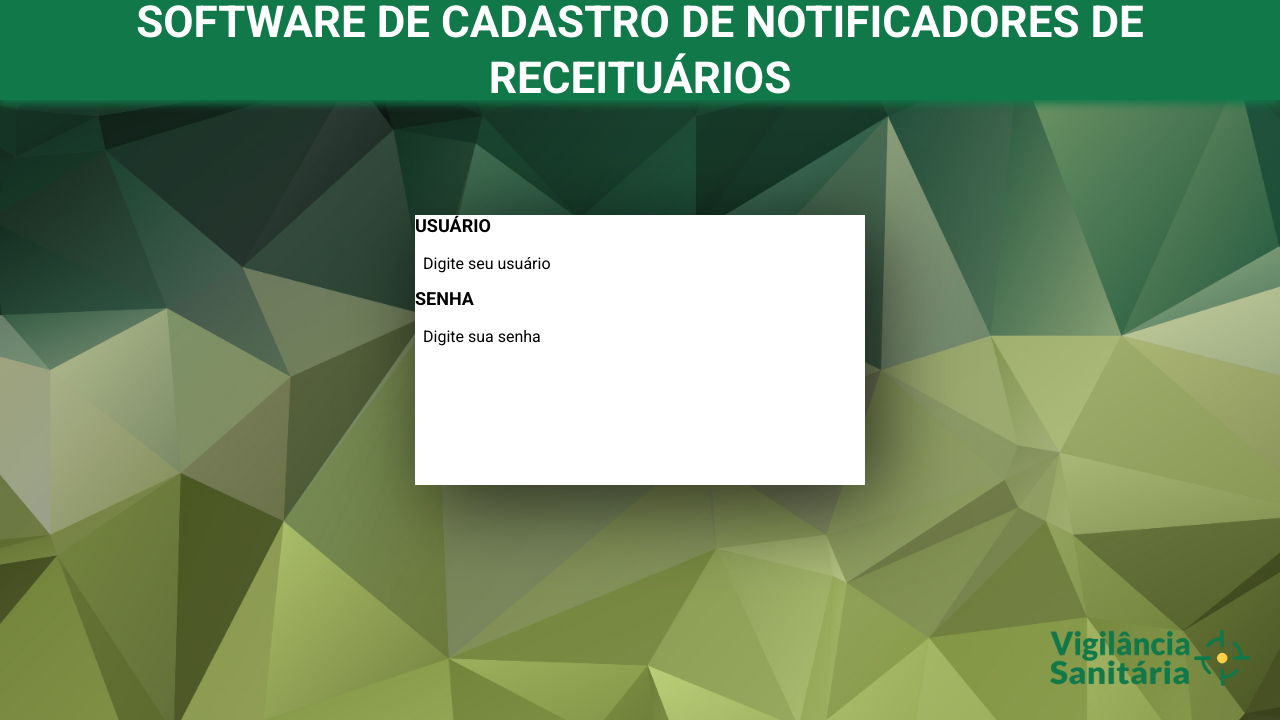
Repository: milena-rosa/web-prescription-notifier
Page: /
These files come from the project's save history. The page is drawn as it stood at one moment and after the next save; the edit follows.
The browser window is 1280 px wide. The pictures show the whole page.
The project was rebuilt for these pictures with package versions that can differ from the ones it lists, and the page was loaded fresh each time. Also part of the build but not shown: src/pages/Home/styles.ts, src/pages/Home/index.tsx.

Above is the page before, as saved 2021-11-07 13:16:55.

### public/index.html
<!DOCTYPE html>
<html lang="en">

<head>
  <meta charset="utf-8" />
  <link rel="preconnect" href="https://fonts.googleapis.com">
  <link rel="preconnect" href="https://fonts.gstatic.com" crossorigin>
  <link href="https://fonts.googleapis.com/css2?family=Roboto:wght@400;700&display=swap" rel="stylesheet">
  <!-- <link rel="icon" href="%PUBLIC_URL%/favicon.ico" /> -->
  <meta name="viewport" content="width=device-width, initial-scale=1" />
  <meta name="theme-color" content="#000000" />
  <title>Cadastro de Notificadores de Receituários</title>
</head>

<body>
  <noscript>You need to enable JavaScript to run this app.</noscript>
  <div id="root"></div>
</body>

</html>

### src/index.tsx
import React from 'react'
import ReactDOM from 'react-dom'

import { App } from './App'

ReactDOM.render(
  <React.StrictMode>
    <App />
  </React.StrictMode>,
  document.getElementById('root')
)

### src/App.tsx
import React from 'react'
import { BrowserRouter as Router } from 'react-router-dom'

import { Routes } from './routes'
import { GlobalStyle } from './styles/global'

export function App() {
  return (
    <Router>
      <Routes />
      <GlobalStyle />
    </Router>
  )
}

### src/routes/index.tsx
import React from 'react'
import { Switch } from 'react-router-dom'

import { Home } from '../pages/Home'
import { SignIn } from '../pages/SignIn'
import { Route } from './Route'

// import { useAuth } from '../hooks/useAuth'

export function Routes() {
  // const { loading } = useAuth()

  // if (loading) {
  //   return <h1>Abrindo...</h1>
  // }

  return (
    <Switch>
      <Route path="/" exact component={SignIn} />
      <Route path="/home" exact component={Home} isPrivate />
    </Switch>
  )
}

### src/styles/global.ts
import { createGlobalStyle } from 'styled-components'

export const GlobalStyle = createGlobalStyle`
  :root {
    --black: #000000;
    --gray: #b5b5b5;
    --white: #ffffff;

    --green-primary: #117849;
    --green-primary-70: rgba(17, 120, 73, 0.7);
    --green-primary-30: rgba(17, 120, 73, 0.3);
    --green-primary-5: rgba(17, 120, 73, 0.05);

    --light-green: #dbebe4;
    --brownish-green: #51665c;

    --red: #ff0000;
    --yellow: #f6ff8f;
  }

  * {
    box-sizing: border-box;
    margin: 0;
    padding: 0;
  }

  html {
    @media (max-width: 1080px) {
      font-size: 93.75%; // 15px
    }

    @media (max-width: 720px) {
      font-size: 87.5%; // 14px
    }
  }

  body {
    background: var(--white);
    color: var(--black);
    -webkit-font-smoothing: antialiased;
  }

  body, input, textarea, button, select {
    font-family: 'Roboto', sans-serif;
    font-weight: 400;
  }

  button {
    border: none;
    cursor: pointer;
  }

  .react-modal-overlay {
    align-items: center;
    background: rgba(0, 0, 0, 0.5);
    bottom: 0;
    display: flex;
    justify-content: center;
    left: 0;
    position: fixed;
    right: 0;
    top: 0;
    z-index: 11;
  }

  .react-modal-content {
    background: var(--white);
    border-radius: 0.25rem;
    min-height: 2.4rem;
    max-width: 41rem;
    position: relative;
    z-index: 12;
  }

  .react-modal-close {
    background: transparent;
    border: 0;
    position: absolute;
    right: 1rem;
    top: 1rem;
    transition: filter 0.2s;

    &:hover {
      filter: brightness(0.8);
    }
  }
`

### src/pages/SignIn/index.tsx
import React from 'react'

import logo from '../../assets/logo.png'
import { Input } from '../../components/Input'
import { useForm } from '../../hooks/useForm'
import { Container } from './styles'

interface SignInFormValues {
  user: string
  password: string
}

export const SignIn: React.FC = () => {
  const {
    data: { user, password },
    handleChange,
    errors
  } = useForm<SignInFormValues>({
    initialValues: { user: '', password: '' },
    onSubmit: (event) => console.log(event),
    validations: {
      user: { required: { value: true, message: 'Preencha o campo obrigatório.' } },
      password: { required: { value: true, message: 'Preencha o campo obrigatório.' } }
    }
  })

  return (
    <Container>
      <header>Software de Cadastro de Notificadores de Receituários</header>
      <div>
        <Input
          name="user"
          label="Usuário"
          type="text"
          placeholder="Digite seu usuário"
          value={user}
          onChange={handleChange('user')}
          errors={errors.user}
        />
        <Input
          name="password"
          label="Senha"
          type="password"
          placeholder="Digite sua senha"
          value={password}
          onChange={handleChange('password')}
          errors={errors.password}
        />
      </div>
      <footer>
        <img src={logo} alt="Vigilância Sanitária" />
      </footer>
    </Container>
  )
}

### src/routes/Route.tsx
import React, { ComponentType } from 'react'
import { RouteProps as ReactDOMRouteProps, Route as ReactDOMRoute, Redirect } from 'react-router-dom'

interface IRouteProps extends ReactDOMRouteProps {
  isPrivate?: boolean
  component: ComponentType
}

export function Route({ isPrivate = false, component: Component, ...rest }: IRouteProps) {
  const isSigned = false

  return (
    <ReactDOMRoute
      {...rest}
      render={({ location }) =>
        (isPrivate && isSigned) || (!isPrivate && !isSigned) ? (
          <Component />
        ) : (
          <Redirect
            to={{
              pathname: isPrivate ? '/' : '/home',
              state: { from: location }
            }}
          />
        )
      }
    />
  )
}

### src/components/Input/index.tsx
import React, { InputHTMLAttributes, useCallback, useState } from 'react'

import { Container, InputInformationContainer, Error, InputContainer } from './styles'

interface InputProps extends InputHTMLAttributes<HTMLInputElement> {
  name: string
  label?: string
  errors?: string
  containerStyle?: object
  inputStyle?: object
}

export const Input = ({
  name,
  label,
  containerStyle = {},
  inputStyle = {},
  errors,
  value,
  onBlur,
  disabled = false,
  ...rest
}: InputProps) => {
  const [isFocused, setIsFocused] = useState(false)

  const handleInputFocus = useCallback(() => {
    setIsFocused(true)
  }, [])

  const handleInputBlur = useCallback(
    (event: React.FocusEvent<HTMLInputElement>) => {
      if (onBlur) {
        onBlur(event)
      }
      setIsFocused(false)
    },
    [onBlur]
  )

  return (
    <Container>
      <InputInformationContainer>{!!label && <label htmlFor={name}>{label}</label>}</InputInformationContainer>
      <InputContainer style={containerStyle} isFocused={isFocused} isInvalid={!!errors} disabled={disabled}>
        <input
          {...rest}
          value={value || ''}
          id={name}
          name={name}
          onFocus={handleInputFocus}
          onBlur={handleInputBlur}
          style={inputStyle}
        />
      </InputContainer>
      {!!errors && <Error>{errors}</Error>}
    </Container>
  )
}

### src/hooks/useForm.ts
import { ChangeEvent, FormEvent, useState } from 'react'

interface Validation {
  required?: {
    value: boolean
    message: string
  }
  pattern?: {
    value: string
    message: string
  }
  custom?: {
    isValid: (value: any) => boolean
    message: string
  }
}

type Validations<T extends {}> = Partial<Record<keyof T, Validation>>
type ErrorRecord<T> = Partial<Record<keyof T, string>>

export type FormOptions<T extends {}> = {
  validations?: Validations<T>
  initialValues?: Partial<T>
  onSubmit?: (event?: any) => void
}

export type FormReturn<T extends {}> = {
  data: T
  handleChange: <S extends unknown>(
    key: keyof T,
    sanitizeFn?: ((value: string) => S) | undefined
  ) => (event: ChangeEvent<HTMLInputElement & HTMLSelectElement & HTMLTextAreaElement>) => void
  handleSubmit: (event: FormEvent<HTMLFormElement>) => Promise<void>
  reset: () => void
  setValue: (key: keyof T, value: any) => void
  errors: Partial<Record<keyof T, string>>
}

export const useForm = <T extends Record<keyof T, any>>(options?: FormOptions<T>) => {
  const [data, setData] = useState<T>((options?.initialValues || {}) as T)
  const [errors, setErrors] = useState<ErrorRecord<T>>({})

  const handleChange =
    <S extends unknown>(key: keyof T, sanitizeFn?: (value: string) => S) =>
    (event: ChangeEvent<HTMLInputElement & HTMLSelectElement & HTMLTextAreaElement>) => {
      const value =
        event.target.type === 'checkbox'
          ? event.target.checked
          : sanitizeFn
          ? sanitizeFn(event.target.value)
          : event.target.value

      setData({
        ...data,
        [key]: value
      })
    }

  const handleSubmit = async (event: FormEvent<HTMLFormElement>) => {
    event?.preventDefault()

    const validations = options?.validations
    if (validations) {
      let valid = true
      const newErrors: Partial<Record<keyof T, string>> = {}

      for (const key in validations) {
        const value = data[key]
        const validation = validations[key]

        if (validation?.required?.value && !value) {
          valid = false
          newErrors[key] = validation?.required?.message
        }

        const pattern = validation?.pattern
        if (pattern?.value && !RegExp(pattern.value).test(value)) {
          valid = false
          newErrors[key] = pattern.message
        }

        const custom = validation?.custom
        if (custom?.isValid && !custom.isValid(value)) {
          valid = false
          newErrors[key] = custom.message
        }
      }

      if (!valid) {
        setErrors(newErrors)
        return
      }
    }

    setErrors({})

    if (options?.onSubmit) {
      options.onSubmit()
    }
  }

  const reset = () => {
    setData({} as T)
    setErrors({})
  }

  const setValue = (key: keyof T, value: any) => {
    setData({
      ...data,
      [key]: value
    })
  }

  return {
    data,
    handleChange,
    handleSubmit,
    reset,
    setValue,
    errors
  }
}

### src/pages/SignIn/styles.ts
import styled from 'styled-components'

import backgroundImg from '../../assets/background.png'

export const Container = styled.div`
  align-items: center;
  background: url(${backgroundImg}) no-repeat center center fixed;
  background-size: cover;
  bottom: 0;
  display: flex;
  flex-direction: column;
  justify-content: space-between;
  left: 0;
  position: fixed;
  right: 0;
  top: 0;
  z-index: 11;

  header {
    align-items: center;
    background: var(--green-primary);
    color: var(--white);
    display: flex;
    filter: drop-shadow(0px 4px 4px #117849);
    font-weight: bold;
    font-size: 2.75rem;
    height: 6.25rem;
    justify-content: center;
    line-height: 3.5rem;
    text-align: center;
    text-transform: uppercase;
    width: 100%;
  }

  > div {
    background-color: var(--white);
    filter: drop-shadow(15px 15px 42px rgba(0, 0, 0, 0.7));
    height: 16.875rem;
    width: 28.125rem;
  }

  footer {
    /* background: lime; */
    align-self: flex-end;

    > img {
      margin: 1.875rem;
      width: 12.5rem;
    }
  }
`

### src/components/Input/styles.ts
import styled, { css } from 'styled-components'

export const Container = styled.div`
  display: flex;
  flex-direction: column;
`

interface InputContainerProps {
  isFocused: boolean
  isInvalid: boolean
  disabled: boolean
}

export const InputContainer = styled.div<InputContainerProps>`
  background: ${(props) => (props.disabled ? 'var(--gray-20)' : 'var(--green-primary-15)')};
  border: 1.5px solid ${(props) => (props.disabled ? 'transparent' : 'var(--gray-40)')};
  border-radius: 0.25rem;
  color: ${(props) => (props.disabled ? 'var(--gray-60)' : 'var(--black)')};
  height: 3rem;
  position: relative;

  ${(props) =>
    props.isFocused &&
    css`
      border-color: var(--blue-primary);
    `}

  ${(props) =>
    props.isInvalid &&
    css`
      border-color: var(--orange);
    `}

  input {
    background: transparent;
    border: 0;
    font-size: 1rem;
    line-height: 1.25rem;
    height: 100%;
    min-height: 3rem;
    outline: 0;
    padding: 0 2.75rem 0 0.5rem;
    width: 100%;

    &::placeholder {
      color: var(--gray-60);
    }
  }
`

export const InputInformationContainer = styled.div`
  align-items: baseline;
  display: flex;
  justify-content: space-between;

  label {
    color: var(--black);
    display: block;
    font-size: 1.125rem;
    font-weight: bold;
    line-height: 1.3125rem;
    text-transform: uppercase;
    margin-bottom: 0.25rem;
  }
`

export const Error = styled.p`
  color: var(--orange);
  font-size: 1rem;
  line-height: 1.25rem;
  margin-top: 0.5rem;
`

After the next save:
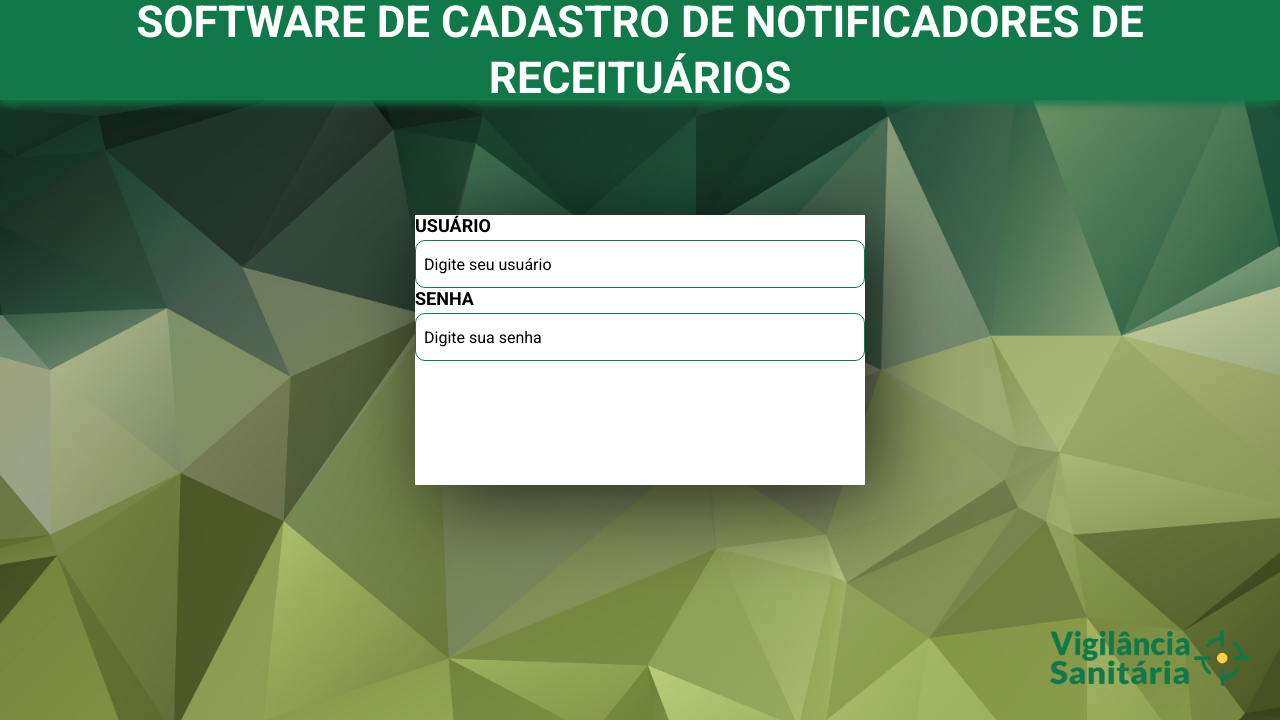
Saved 99 s later.
--- a/src/components/Input/styles.ts
+++ b/src/components/Input/styles.ts
@@ -13,8 +13,8 @@
 
 export const InputContainer = styled.div<InputContainerProps>`
   background: ${(props) => (props.disabled ? 'var(--gray-20)' : 'var(--green-primary-15)')};
-  border: 1.5px solid ${(props) => (props.disabled ? 'transparent' : 'var(--gray-40)')};
-  border-radius: 0.25rem;
+  border: 1px solid ${(props) => (props.disabled ? 'transparent' : 'var(--green-primary)')};
+  border-radius: 0.625rem;
   color: ${(props) => (props.disabled ? 'var(--gray-60)' : 'var(--black)')};
   height: 3rem;
   position: relative;
